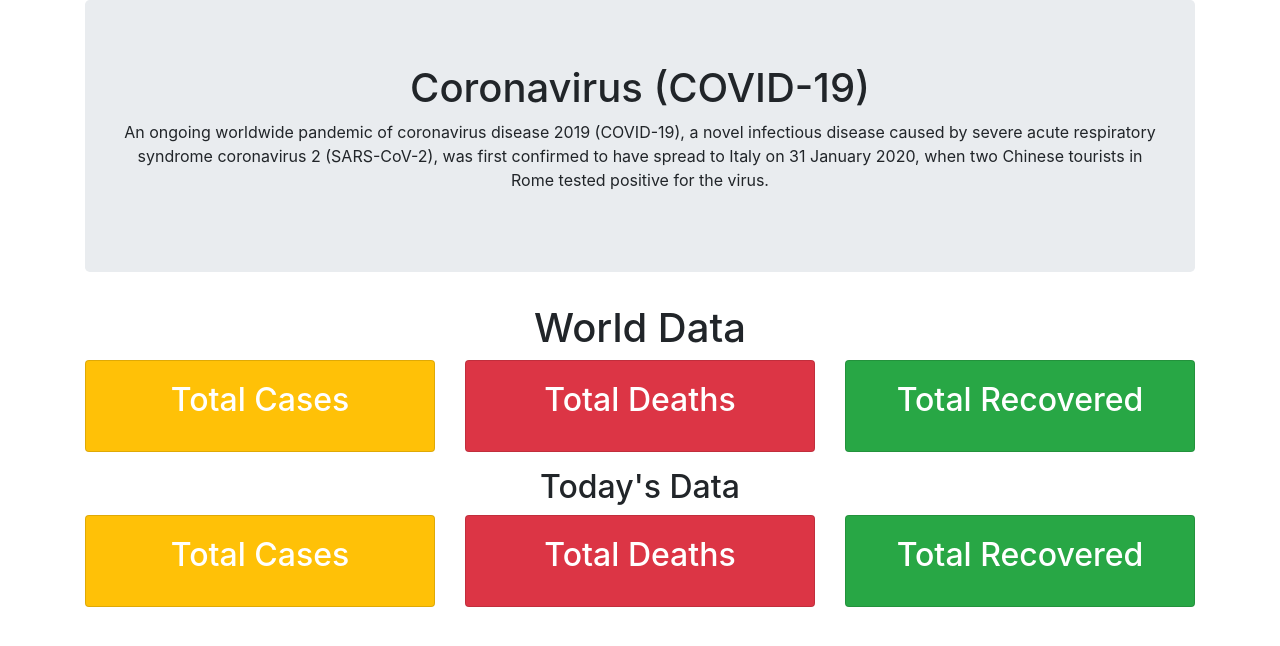
Repository: ahmadsaadkhan/react-covid-app
Page: /
An editor plug-in stored every save of this project. The page is shown before and after the next save, followed by the edit.
The browser window is 1280 px wide. The pictures show the whole page.
The page's requests for data from a server got no answer. The project was rebuilt for these pictures with package versions that can differ from the ones it lists, and the page was loaded fresh each time. No one was signed in, and anything a server would have sent is missing.

Above is the page before, as saved 2021-04-19 16:00:30.

After the next save:
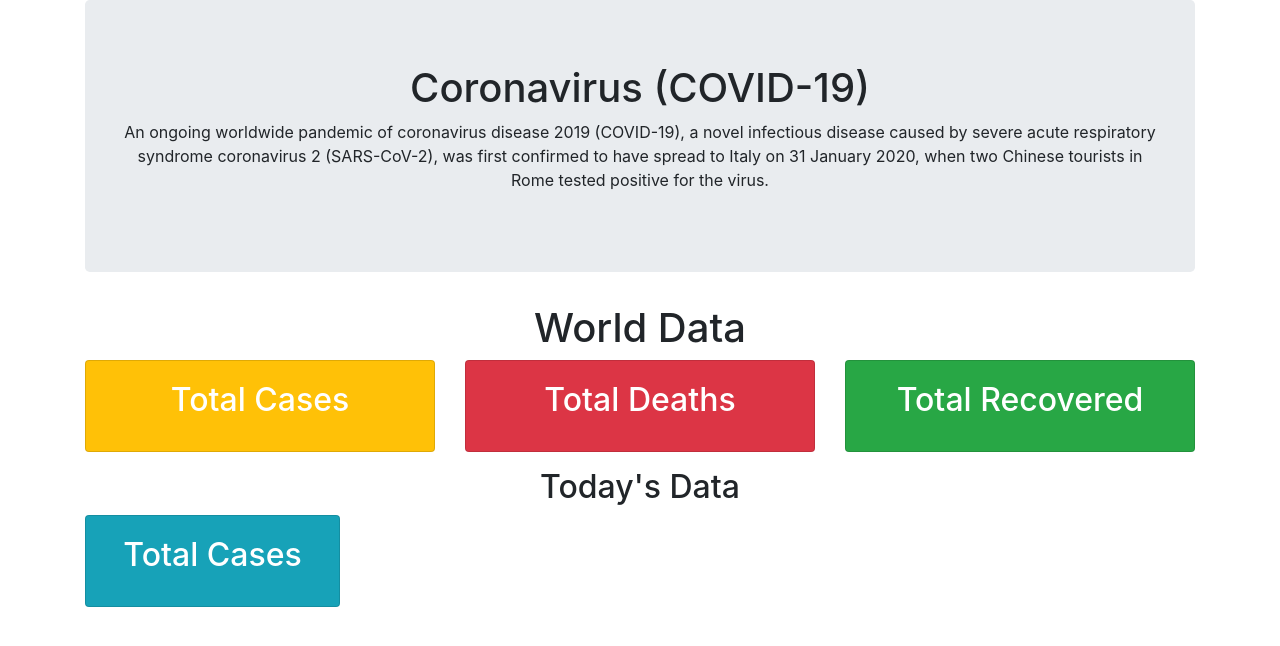
Saved 34 s later.
--- a/src/App.js
+++ b/src/App.js
@@ -69,30 +69,15 @@ function App() {
 
         <h2>Today's Data</h2>
         <div className="row">
-          <div className="col-md-4">
-            <div className="card text-white bg-warning mb-3">
+          <div className="col-md-3">
+            <div className="card text-white bg-info mb-3">
               <div className="card-body">
                 <h2 className="card-title"> Total Cases</h2>
                 <p className="card-text h3">{Covid_Data && Covid_Data[0].TotalCases}</p>
               </div>
             </div>
           </div>
-          <div className="col-md-4">
-            <div className="card text-white bg-danger mb-3">
-              <div className="card-body">
-                <h2 className="card-title"> Total Deaths</h2>
-                <p className="card-text h3">{Covid_Data && Covid_Data[0].TotalDeaths}</p>
-              </div>
-            </div>
-          </div>
-          <div className="col-md-4">
-            <div className="card text-white bg-success mb-3">
-              <div className="card-body">
-                <h2 className="card-title"> Total Recovered</h2>
-                <p className="card-text h3">{Covid_Data && Covid_Data[0].TotalRecovered}</p>
-              </div>
-            </div>
-          </div>
+
         </div>
 
       </div>
